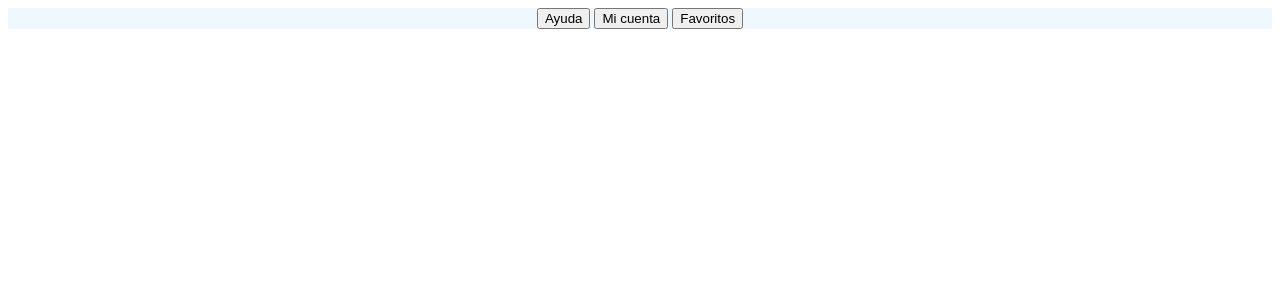
Repository: JoseHumberlay/Vans
Page: index.html
The author's editor kept a copy of each file at every save. The page is drawn from the files as they stood at one save, then again after the next save.
The browser window is 1280 px wide. The pictures show the whole page.

Above is the page before, as saved 2023-09-04 22:59:51.

After the next save:
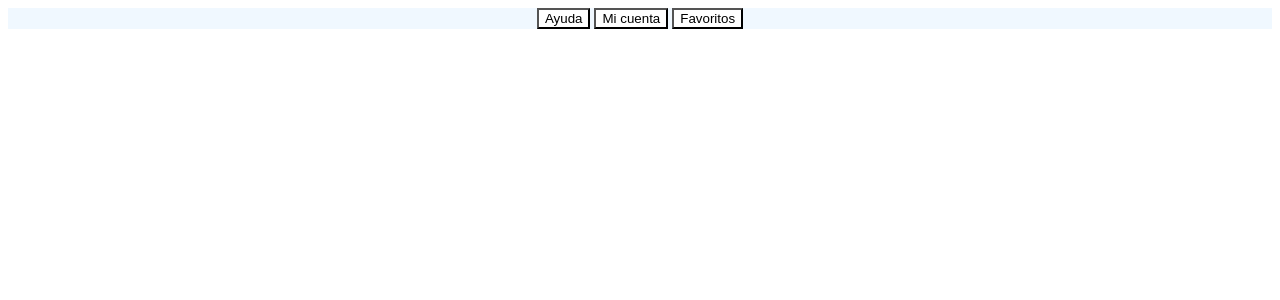
Saved 28 s later.
--- a/Styles/StylesIndex.css
+++ b/Styles/StylesIndex.css
@@ -2,3 +2,7 @@
     text-align: center;
     background-color: aliceblue;
 }
+
+.btnHeader{
+    background-color: white;
+}
